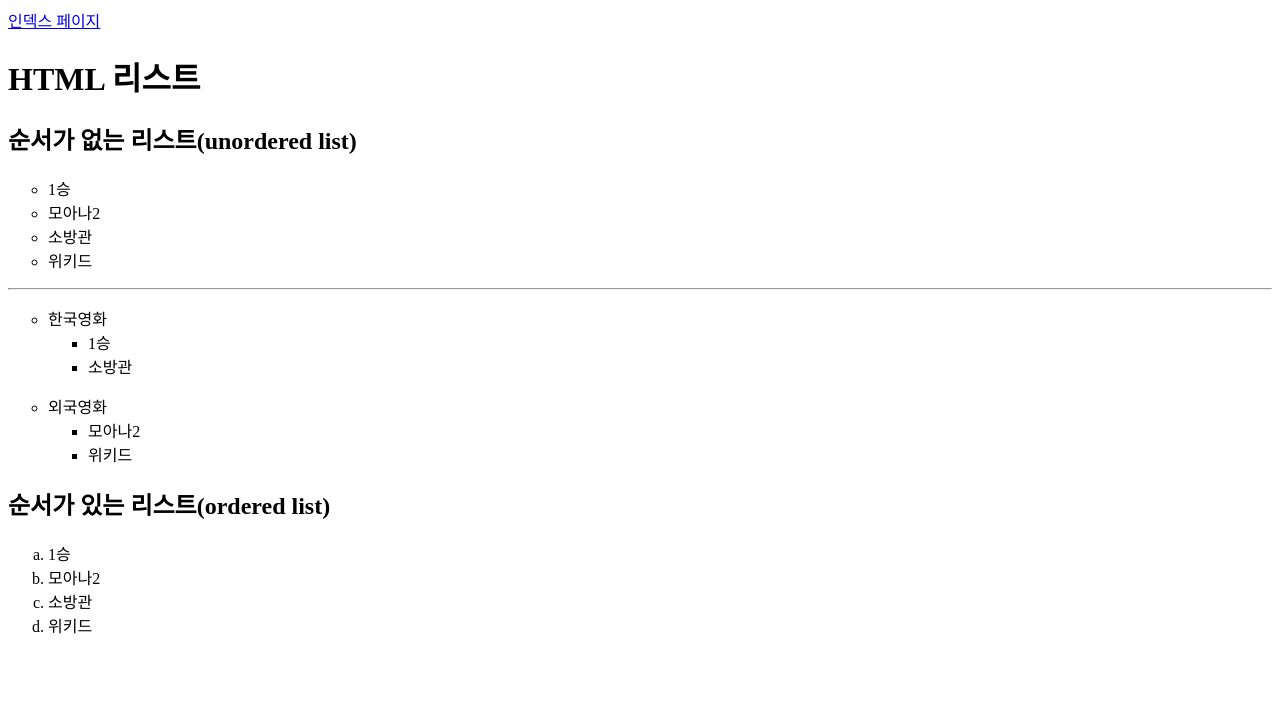
Repository: Sid0130/HTML
Page: lab-web/lab01_html/src/main/webapp/list.html
The author's editor kept a copy of each file at every save. The page is drawn from the files as they stood at one save, then again after the next save.
The browser window is 1280 px wide. The pictures show the whole page.

Above is the page before, as saved 2024-12-03 06:27:57.

After the next save:
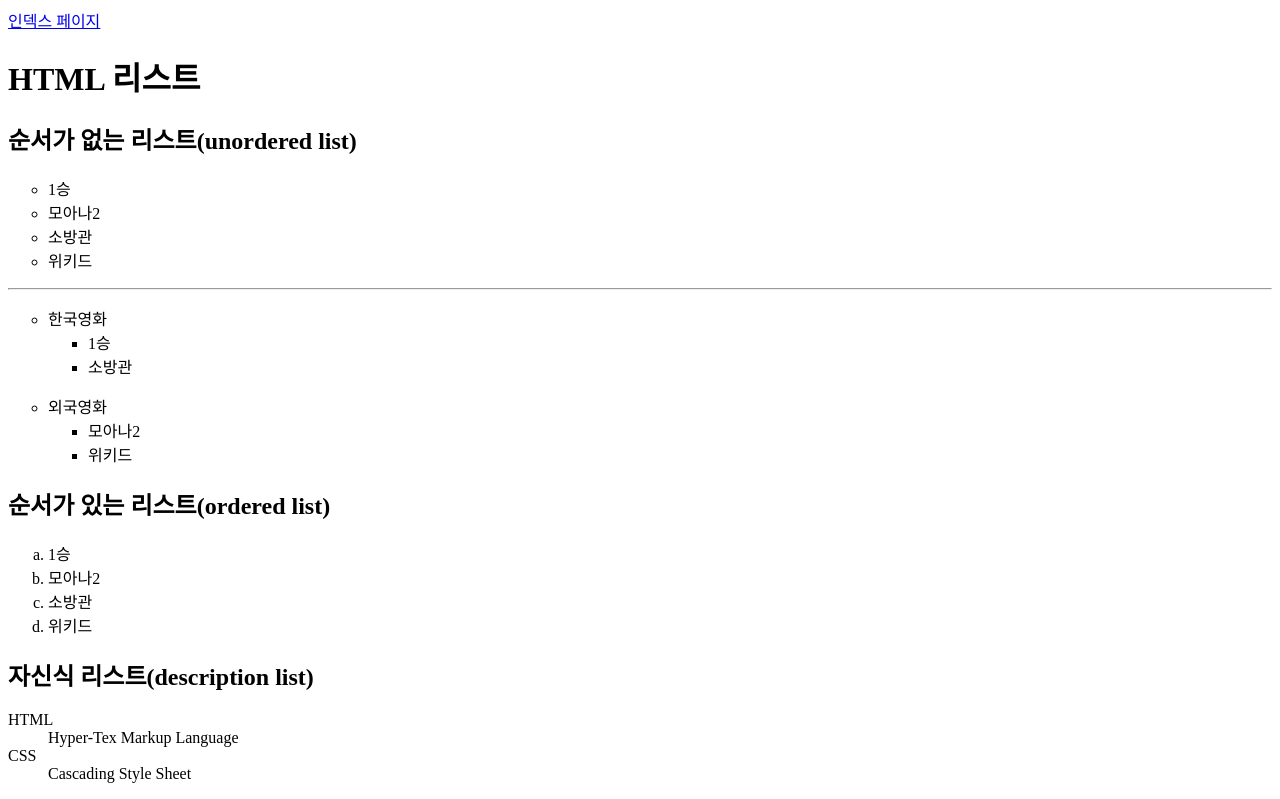
Saved 15 min 41 s later.
--- a/lab-web/lab01_html/src/main/webapp/list.html
+++ b/lab-web/lab01_html/src/main/webapp/list.html
@@ -54,5 +54,16 @@
                 <li>소방관</li>
                 <li>위키드</li>
             </ol>
+
+            <h2>자신식 리스트(description list)</h2>
+            <!-- 용어(term)와 정의/설명(defintion)을 갖는 리스트  -->
+            <dl>
+                <dt>HTML</dt>
+                <dd>Hyper-Tex Markup Language</dd>
+
+                <dt>CSS</dt>
+                <dd>Cascading Style Sheet</dd>
+
+            </dl>
 	</body>
 </html>
